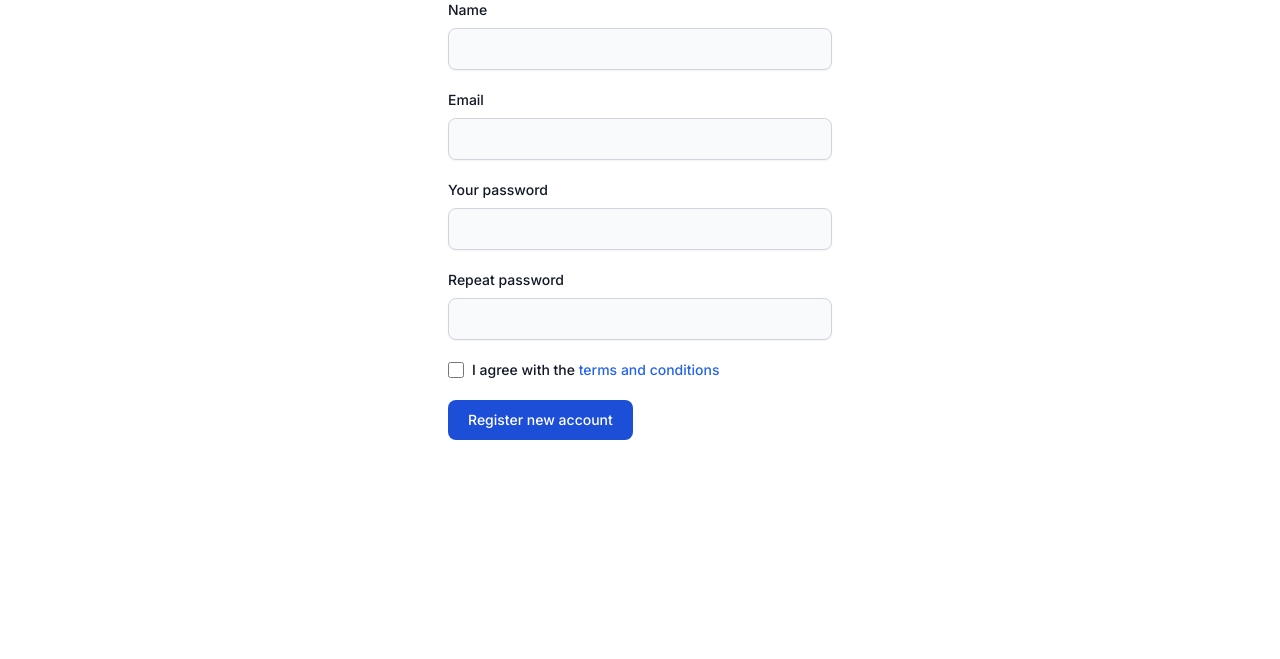
Repository: fatimash2123/next-todo
Page: /register
These files come from the project's save history. The page is drawn as it stood at one moment and after the next save; the edit follows.
The browser window is 1280 px wide. The pictures show the whole page.
The project was rebuilt for these pictures with package versions that can differ from the ones it lists, and the page was loaded fresh each time. The framework's server and built-in components were replaced by stand-ins that run in the browser. Also part of the build but not shown: next.config.mjs.

Above is the page before, as saved 2024-02-13 12:12:22.

### app/register/page.tsx
import Input from "../components/Input";
export default function Register() {
  return (
    <form className="max-w-sm mx-auto">
      <Input title={"Name"} type={"text"} name={"name"} />
      <Input title={"Email"} type={"email"} name={"email"} />
      <div className="mb-5">
        <label
          htmlFor="password"
          className="block mb-2 text-sm font-medium text-gray-900 dark:text-white"
        >
          Your password
        </label>
        <input
          type="password"
          id="password"
          className="shadow-sm bg-gray-50 border border-gray-300 text-gray-900 text-sm rounded-lg focus:ring-blue-500 focus:border-blue-500 block w-full p-2.5 dark:bg-gray-700 dark:border-gray-600 dark:placeholder-gray-400 dark:text-white dark:focus:ring-blue-500 dark:focus:border-blue-500 dark:shadow-sm-light"
          required
        />
      </div>
      <div className="mb-5">
        <label
          htmlFor="repeat-password"
          className="block mb-2 text-sm font-medium text-gray-900 dark:text-white"
        >
          Repeat password
        </label>
        <input
          type="password"
          id="repeat-password"
          className="shadow-sm bg-gray-50 border border-gray-300 text-gray-900 text-sm rounded-lg focus:ring-blue-500 focus:border-blue-500 block w-full p-2.5 dark:bg-gray-700 dark:border-gray-600 dark:placeholder-gray-400 dark:text-white dark:focus:ring-blue-500 dark:focus:border-blue-500 dark:shadow-sm-light"
          required
        />
      </div>
      <div className="flex items-start mb-5">
        <div className="flex items-center h-5">
          <input
            id="terms"
            type="checkbox"
            value=""
            className="w-4 h-4 border border-gray-300 rounded bg-gray-50 focus:ring-3 focus:ring-blue-300 dark:bg-gray-700 dark:border-gray-600 dark:focus:ring-blue-600 dark:ring-offset-gray-800 dark:focus:ring-offset-gray-800"
            required
          />
        </div>
        <label
          htmlFor="terms"
          className="ms-2 text-sm font-medium text-gray-900 dark:text-gray-300"
        >
          I agree with the{" "}
          <a
            href="#"
            className="text-blue-600 hover:underline dark:text-blue-500"
          >
            terms and conditions
          </a>
        </label>
      </div>
      <button
        type="submit"
        className="text-white bg-blue-700 hover:bg-blue-800 focus:ring-4 focus:outline-none focus:ring-blue-300 font-medium rounded-lg text-sm px-5 py-2.5 text-center dark:bg-blue-600 dark:hover:bg-blue-700 dark:focus:ring-blue-800"
      >
        Register new account
      </button>
    </form>
  );
}

### app/components/Input.tsx
interface InputProps {
  title: string;
  type: string;
  name: string;
}
export default function ({ title, type, name }: InputProps) {
  return (
    <div className="mb-5">
      <label
        htmlFor={name}
        className="block mb-2 text-sm font-medium text-gray-900 dark:text-white"
      >
        {title}
      </label>
      <input
        type={type}
        id={name}
        className="shadow-sm bg-gray-50 border border-gray-300 text-gray-900 text-sm rounded-lg focus:ring-blue-500 focus:border-blue-500 block w-full p-2.5 dark:bg-gray-700 dark:border-gray-600 dark:placeholder-gray-400 dark:text-white dark:focus:ring-blue-500 dark:focus:border-blue-500 dark:shadow-sm-light"
        required
      />
    </div>
  );
}

### tailwind.config.js
/** @type {import('tailwindcss').Config} */
module.exports = {
  content: [
    "./app/**/*.{js,ts,jsx,tsx,mdx}",
    "./components/**/*.{js,ts,jsx,tsx,mdx}",
  ],
  theme: {
    extend: {},
  },
  plugins: [],
}

Loaded but not shown: app/layout.tsx (common file); app/globals.css (common file)

After the next save:
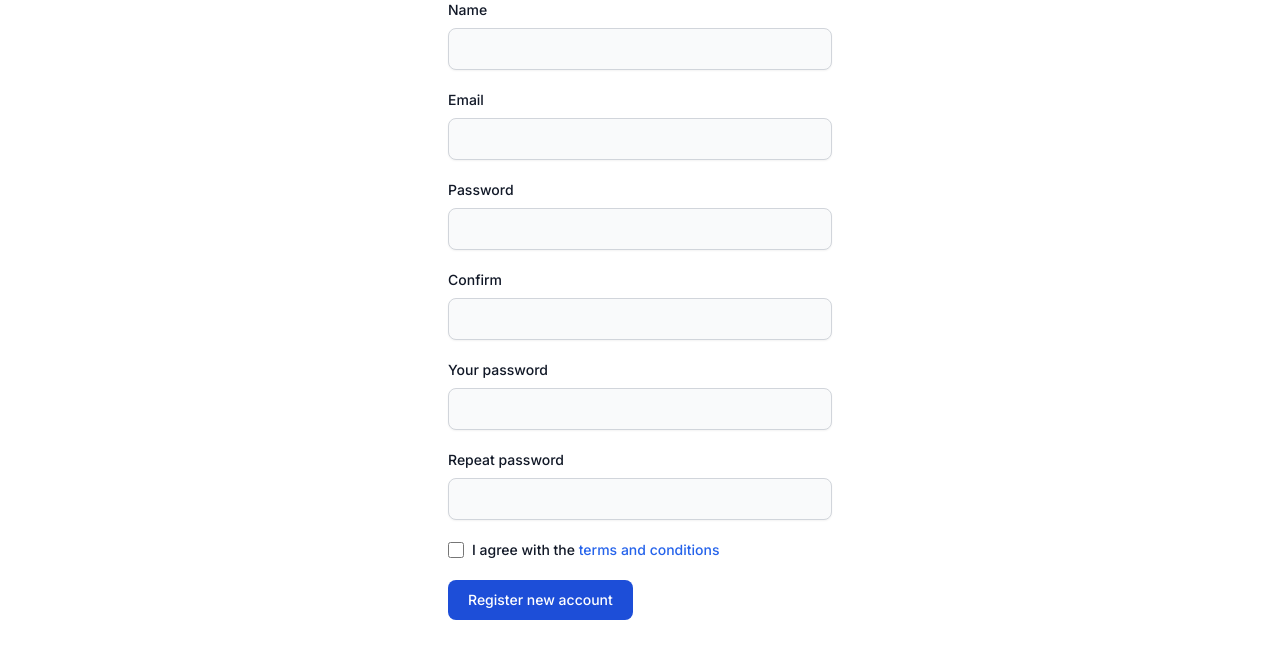
Saved 29 s later.
--- a/app/register/page.tsx
+++ b/app/register/page.tsx
@@ -4,6 +4,8 @@ export default function Register() {
     <form className="max-w-sm mx-auto">
       <Input title={"Name"} type={"text"} name={"name"} />
       <Input title={"Email"} type={"email"} name={"email"} />
+      <Input title={"Password"} type={"email"} name={"email"} />
+      <Input title={"Confirm"} type={"email"} name={"email"} />
       <div className="mb-5">
         <label
           htmlFor="password"
